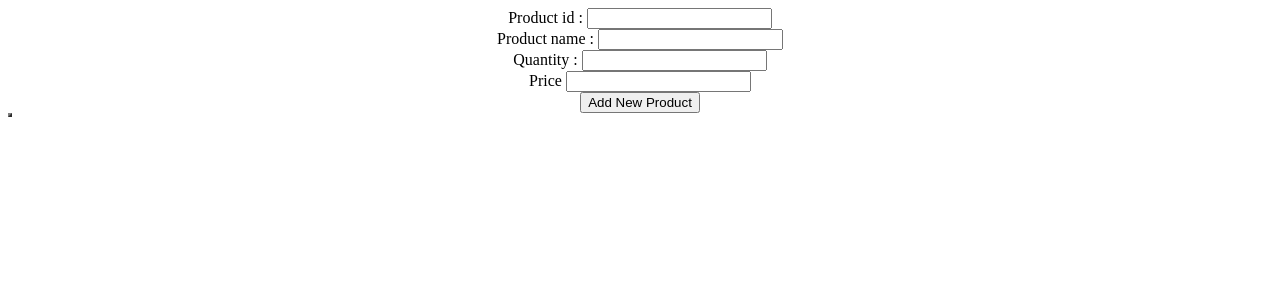
Repository: ravikumar0303/Advance-Java
Page: http://localhost/JSP_Product/addproduct.jsp
These files come from the project's save history. The page is drawn as it stood at one moment and after the next save; the edit follows.
The browser window is 1280 px wide. The pictures show the whole page.
The page is served by Tomcat 9. Other server files are loaded and not shown.

Above is the page before, as saved 2023-06-27 07:19:17.

### JSP_Product/src/main/webapp/addproduct.jsp
<%@ page language="java" contentType="text/html; charset=ISO-8859-1"
    pageEncoding="ISO-8859-1"%>
<!DOCTYPE html>
<html>
<head>
<meta charset="ISO-8859-1">
<title>Insert title here</title>
</head>

<body align="center">
<table border="2">
	<form action="addproduct" method="post">
	Product id : <input type="text" name="pid" id="pid" ><br>
	Product name : <input type="text" name="pname" id="pname" ><br>
	Quantity : <input type="text" name="qty" id="qty" ><br>
	Price <input type="text" name="price" id="price" ><br>

	<button type="submit" name="btn" id="btn" value="add">Add New Product</button>
	</form>
	</table>
</body>

</html>

After the next save:
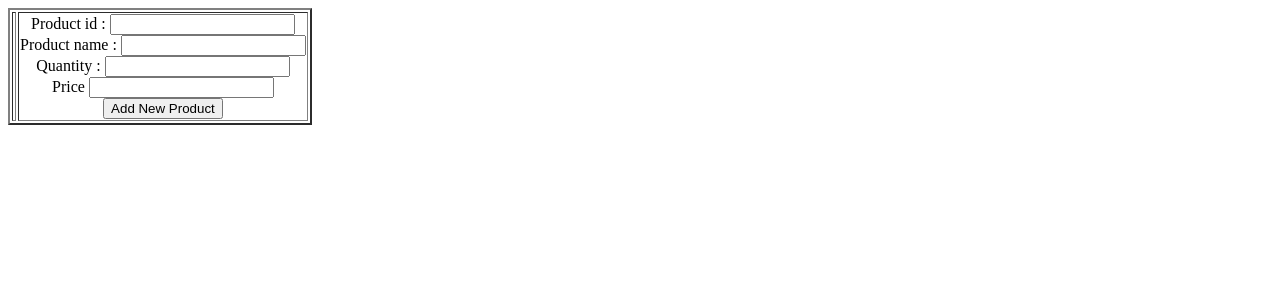
Saved 27 s later.
--- a/JSP_Product/src/main/webapp/addproduct.jsp
+++ b/JSP_Product/src/main/webapp/addproduct.jsp
@@ -9,6 +9,7 @@
 
 <body align="center">
 <table border="2">
+<th><td>
 	<form action="addproduct" method="post">
 	Product id : <input type="text" name="pid" id="pid" ><br>
 	Product name : <input type="text" name="pname" id="pname" ><br>
